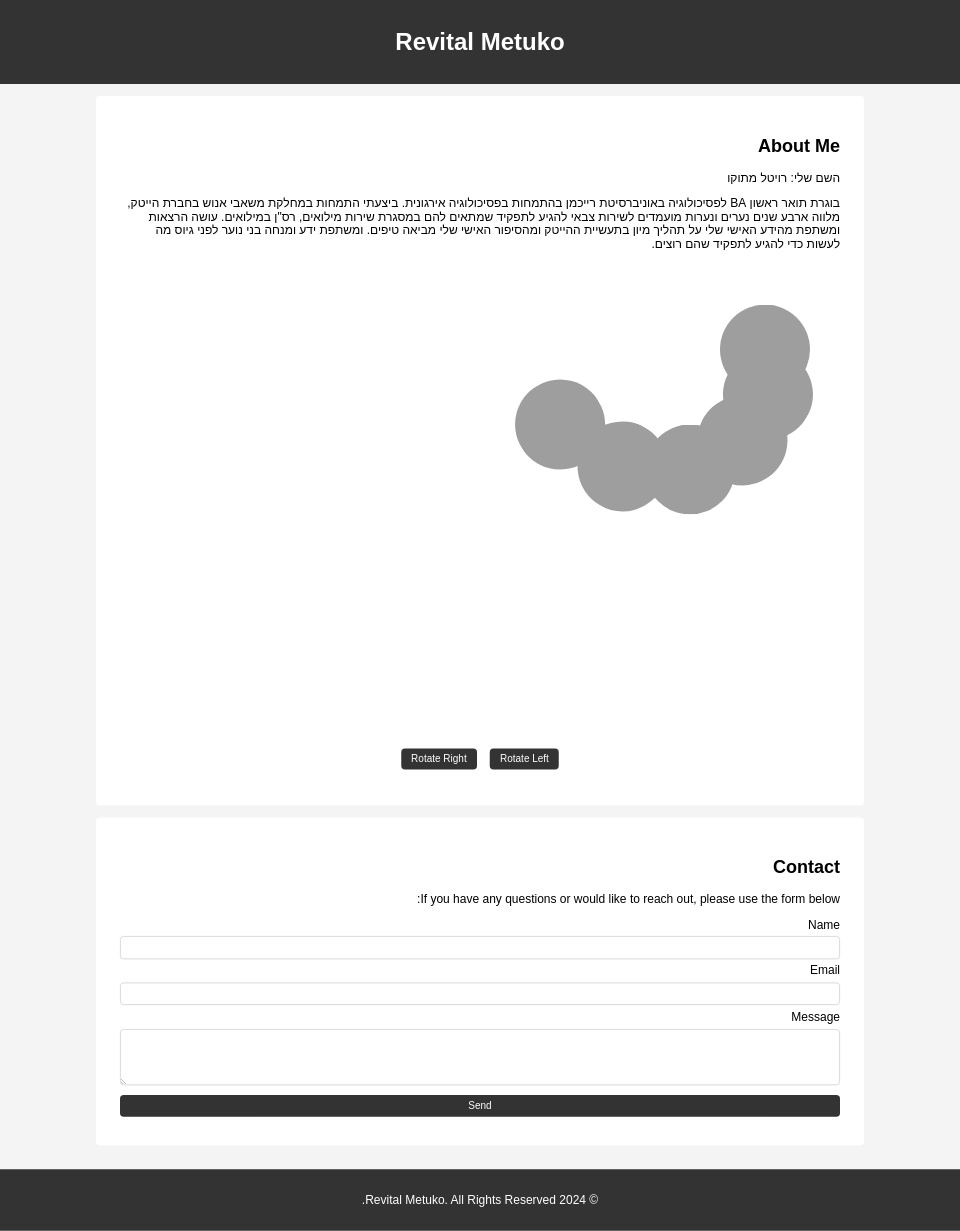
Repository: revitalmetuko/spiral-gallery
Page: RevitalWeb/index.html
The author's editor kept a copy of each file at every save. The page is drawn from the files as they stood at one save, then again after the next save.
The browser window is 1280 px wide. The pictures show the whole page, at 75% of full size.
Pictures or frames that could not be fetched are drawn as grey boxes.

Above is the page before, as saved 2024-08-03 22:29:52.

After the next save:
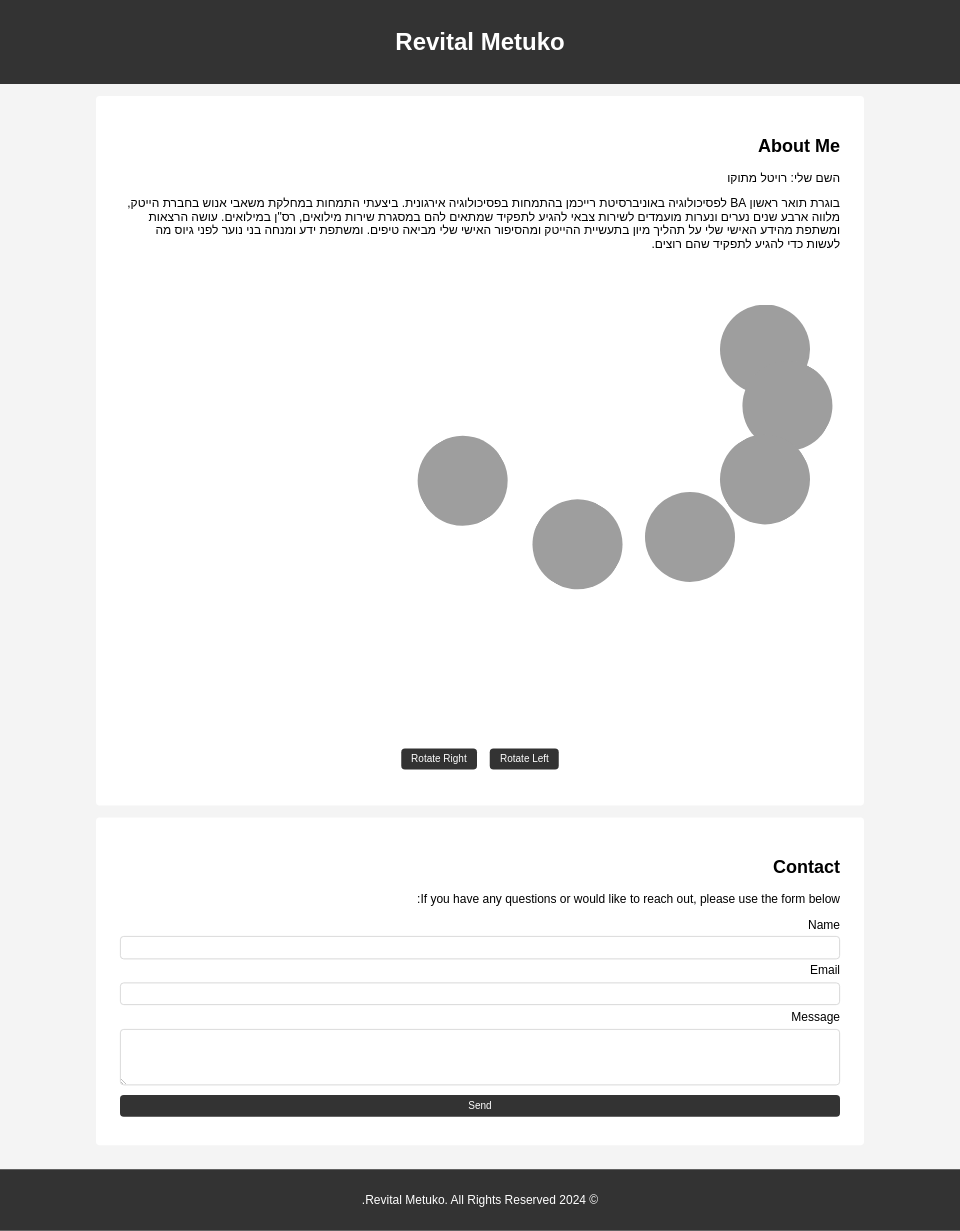
Saved 16 s later.
--- a/RevitalWeb/index.html
+++ b/RevitalWeb/index.html
@@ -131,7 +131,7 @@
         const images = document.querySelectorAll('.spiral-container img');
         const centerX = 100;
         const centerY = 100;
-        const radiusStep = 20;
+        const radiusStep = 50
         let currentRadius = 100;
         const angleStep = 30;
         let currentAngle = 0;
